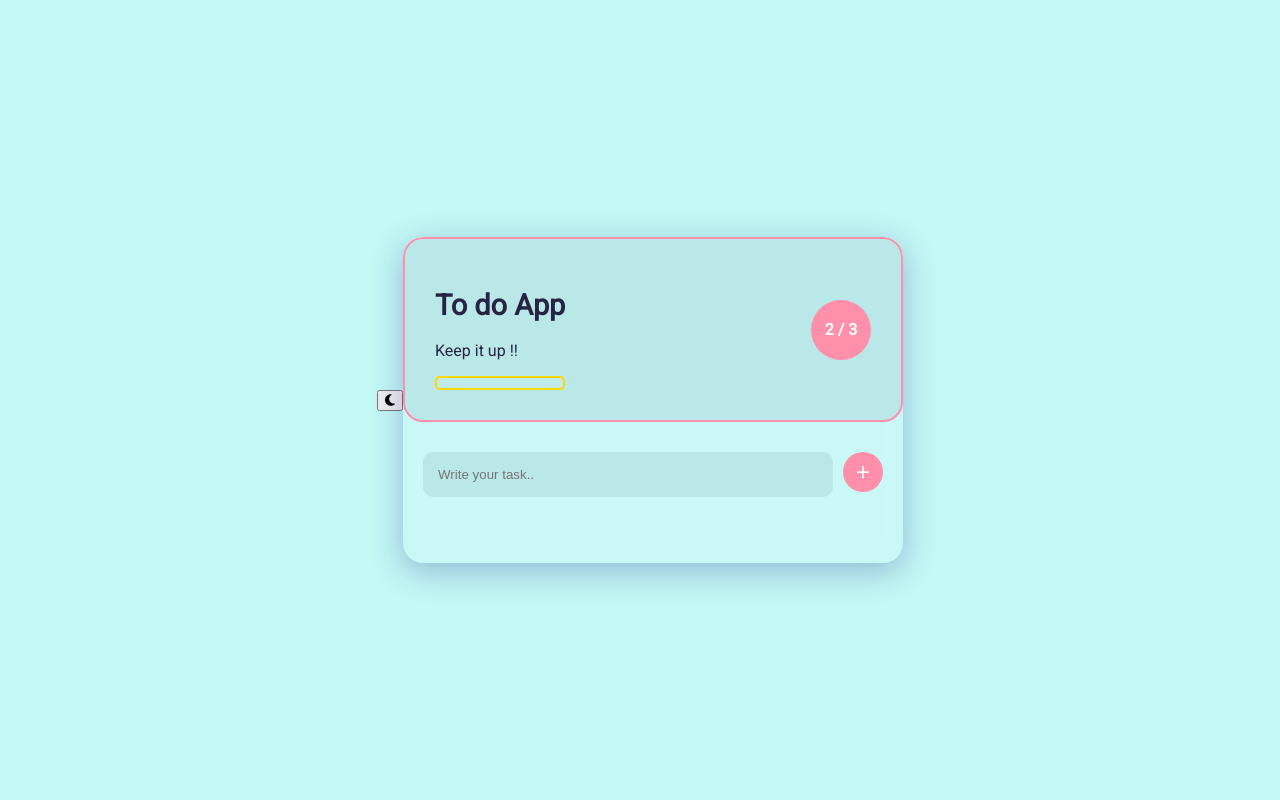
Repository: MounikaSahasra/Productivity-tracker
Page: index.html
These files come from the project's save history. The page is drawn as it stood at one moment and after the next save; the edit follows.
The browser window is 1280 px wide. The pictures show the whole page.

Above is the page before, as saved 2025-06-30 18:40:00.
Console error: SyntaxError: Identifier 'themeIcon' has already been declared

### index.html
<!DOCTYPE html>
<html lang="en">

<head>
  <meta charset="UTF-8" />
  <meta name="viewport" content="width=device-width, initial-scale=1.0" />
  <!-- Font Awesome CDN -->
  <link href="https://cdnjs.cloudflare.com/ajax/libs/font-awesome/6.5.0/css/all.min.css" rel="stylesheet" />
  <link href="https://fonts.googleapis.com/css2?family=Roboto&display=swap" rel="stylesheet" />
  <link rel="stylesheet" href="style.css" />
  <title>To-Do List</title>
</head>

<body>
  <!-- 🌗 Theme Toggle Button -->
  <button id="themeToggle" class="theme-toggle" aria-label="Toggle Theme">
    <i id="themeIcon" class="fa-solid fa-moon"></i>
  </button>

  <div class="container">
    <div class="stats-container">
      <div class="details">
        <h1>To do App</h1>
        <p>Keep it up !!</p>
        <div id="progressBar">
          <div id="progress"></div>
        </div>
      </div>
      <div class="stats-numbers">
        <p id="numbers">2 / 3</p>
      </div>
    </div>

    <form>
      <input type="text" id="taskInput" placeholder="Write your task.." />
      <button id="newTask" type="submit">+</button>
    </form>

    <ul class="task-list" id="task-list"></ul>
  </div>

  <div id="celebration"></div>

  <script>
    const toggleButton = document.getElementById("themeToggle");
    const themeIcon = document.getElementById("themeIcon");
    const body = document.body;

    // Load theme from localStorage
    const savedTheme = localStorage.getItem("theme");
    if (savedTheme === "dark") {
      body.classList.add("dark-mode");
      themeIcon.classList.replace("fa-moon", "fa-sun");
    }

    toggleButton.addEventListener("click", () => {
      body.classList.toggle("dark-mode");

      const isDark = body.classList.contains("dark-mode");
      themeIcon.classList.toggle("fa-moon", !isDark);
      themeIcon.classList.toggle("fa-sun", isDark);

      localStorage.setItem("theme", isDark ? "dark" : "light");
    });
  </script>

  <script src="script.js"></script>
</body>

</html>

### style.css
:root {
  --background: #c3f8f5;
  --secondarybackground: #bae8e8;
  --text: #272343;
  --accent: #ffd803;
  --highlight: #ff8fab;
  --glass: rgba(255, 255, 255, 0.1);
  --blur: 10px;
  --transition: 0.4s ease;
}

body {
  background: var(--background);
  color: var(--text);
  transition: background var(--transition), color var(--transition);
  min-height: 100vh;
  display: flex;
  justify-content: center;
  align-items: center;
  font-family: 'Roboto', sans-serif;
  padding: 2rem;
  position: relative;
}

body.light-mode {
  --background: #1a1a2e;
  --secondarybackground: #16213e;
  --text: #ffffff;
  --accent: #00f5d4;
  --highlight: #9d4edd;
}

.container {
  width: 100%;
  max-width: 500px;
  backdrop-filter: blur(var(--blur));
  background-color: var(--glass);
  border-radius: 20px;
  box-shadow: 0 8px 32px rgba(31, 38, 135, 0.3);
  overflow: hidden;
  transition: background var(--transition);
}

.stats-container {
  background: var(--secondarybackground);
  border: 2px solid var(--highlight);
  padding: 30px;
  border-radius: 20px;
  display: flex;
  justify-content: space-between;
  align-items: center;
  gap: 20px;
}

.details h1 {
  font-size: 1.8rem;
  color: var(--text);
}

#progressBar {
  background: var(--glass);
  height: 10px;
  border-radius: 5px;
  border: 2px solid var(--accent);
  margin-top: 10px;
  overflow: hidden;
}

#progress {
  background: var(--accent);
  height: 100%;
  width: 0%;
  transition: width 0.4s ease-in-out;
}

.stats-numbers {
  background-color: var(--highlight);
  border-radius: 50%;
  width: 60px;
  height: 60px;
  color: #fff;
  display: flex;
  justify-content: center;
  align-items: center;
  font-weight: bold;
}

form {
  display: flex;
  gap: 10px;
  margin: 30px 0;
  padding: 0 20px;
}

form input[type="text"] {
  flex: 1;
  padding: 15px;
  border-radius: 10px;
  border: none;
  background-color: var(--secondarybackground);
  color: var(--text);
}

form button {
  background-color: var(--highlight);
  border: none;
  border-radius: 50%;
  color: white;
  width: 40px;
  height: 40px;
  font-size: 1.5rem;
  cursor: pointer;
  transition: background 0.3s ease;
}

.task-list {
  list-style: none;
  padding: 0 20px 20px;
  display: flex;
  flex-direction: column;
  gap: 15px;
}

.task-item {
  background-color: var(--secondarybackground);
  padding: 15px;
  border-radius: 10px;
  display: flex;
  justify-content: space-between;
  align-items: center;
  animation: fadeIn 0.4s ease;
}

.task.completed p {
  text-decoration: line-through;
  color: var(--accent);
}

.task {
  display: flex;
  align-items: center;
  gap: 10px;
}

.icons img {
  width: 20px;
  height: 20px;
  cursor: pointer;
}

.fade-in {
  animation: fadeIn 0.5s ease;
}

.remove-animation {
  animation: fadeOut 0.3s ease forwards;
}

@keyframes fadeIn {
  from { opacity: 0; transform: translateY(-10px); }
  to { opacity: 1; transform: translateY(0); }
}

@keyframes fadeOut {
  to { opacity: 0; transform: translateY(10px); height: 0; margin: 0; padding: 0; }
}

/* Confetti */
#celebration {
  position: fixed;
  top: 0;
  left: 0;
  width: 100%;
  height: 100%;
  pointer-events: none;
  z-index: 9999;
  overflow: hidden;
}

.confetti {
  position: absolute;
  width: 10px;
  height: 10px;
  background-color: hsl(var(--hue), 80%, 60%);
  border-radius: 50%;
  animation: fall 3s linear forwards;
  opacity: 0.9;
}

@keyframes fall {
  0% {
    transform: translateY(0) rotate(0deg);
    opacity: 1;
  }
  100% {
    transform: translateY(100vh) rotate(360deg);
    opacity: 0;
  }
}
body.light-mode .icons img {
  filter: brightness(0) invert(1); /* white */
}

body:not(.light-mode) .icons img {
  filter: none; /* default black or colored image */
}

### script.js
let tasks = JSON.parse(localStorage.getItem('tasks')) || [];

const taskInput = document.getElementById('taskInput');
const taskList = document.querySelector('.task-list');
const progress = document.getElementById('progress');
const numbers = document.getElementById('numbers');
const themeToggle = document.getElementById('themeToggle');
const themeIcon = themeToggle.querySelector('i');

// Initialize Theme
let isDark = localStorage.getItem('theme') !== 'light';
document.body.classList.toggle('light-mode', !isDark);
themeIcon.className = isDark ? 'fas fa-moon' : 'fas fa-sun';

// Theme Toggle
themeToggle.addEventListener('click', () => {
  isDark = !isDark;
  document.body.classList.toggle('light-mode', !isDark);
  themeIcon.className = isDark ? 'fas fa-moon' : 'fas fa-sun';
  localStorage.setItem('theme', isDark ? 'dark' : 'light');
});

document.getElementById('newTask').addEventListener('click', (e) => {
  e.preventDefault();
  addTask();
});

function addTask() {
  const text = taskInput.value.trim();
  if (text) {
    tasks.push({ text, completed: false });
    taskInput.value = '';
    saveTasks();
    updateTaskList();
  }
}

function deleteTask(index) {
  const li = taskList.children[index];
  li.classList.add('remove-animation');
  setTimeout(() => {
    tasks.splice(index, 1);
    saveTasks();
    updateTaskList();
  }, 300);
}

function toggleTaskComplete(index) {
  tasks[index].completed = !tasks[index].completed;
  saveTasks();
  updateTaskList();
}

function saveTasks() {
  localStorage.setItem('tasks', JSON.stringify(tasks));
}

function updateTaskList() {
  taskList.innerHTML = '';
  let completed = 0;

  tasks.forEach((task, index) => {
    if (task.completed) completed++;

    const li = document.createElement('li');
    li.classList.add('task-item');
    li.innerHTML = `
      <div class="task ${task.completed ? 'completed' : ''}">
        <input type="checkbox" ${task.completed ? 'checked' : ''} />
        <p>${task.text}</p>
      </div>
      <div class="icons">
        <img src="img/edit.png" onclick="editTask(${index})" />
        <img src="img/bin.png" onclick="deleteTask(${index})" />
      </div>
    `;

    // Toggle Completion
    li.querySelector('input').addEventListener('change', () => toggleTaskComplete(index));
    li.classList.add('fade-in');
    taskList.appendChild(li);
  });

  // Update progress bar and stats
  const percent = tasks.length ? (completed / tasks.length) * 100 : 0;
  progress.style.width = `${percent}%`;
  numbers.textContent = `${completed} / ${tasks.length}`;

  // Confetti if all completed
  if (tasks.length && completed === tasks.length) {
    launchConfetti();
  }
}

// Edit Task (Optional)
function editTask(index) {
  const newText = prompt('Edit your task:', tasks[index].text);
  if (newText !== null) {
    tasks[index].text = newText.trim();
    saveTasks();
    updateTaskList();
  }
}

// Confetti Effect
function launchConfetti() {
  const container = document.getElementById('celebration');
  for (let i = 0; i < 150; i++) {
    const confetti = document.createElement('div');
    confetti.className = 'confetti';
    confetti.style.left = `${Math.random() * 100}%`;
    confetti.style.top = `-${Math.random() * 20}px`;
    confetti.style.setProperty('--hue', Math.floor(Math.random() * 360));
    container.appendChild(confetti);
    setTimeout(() => container.removeChild(confetti), 3000);
  }
}

updateTaskList();

After the next save:
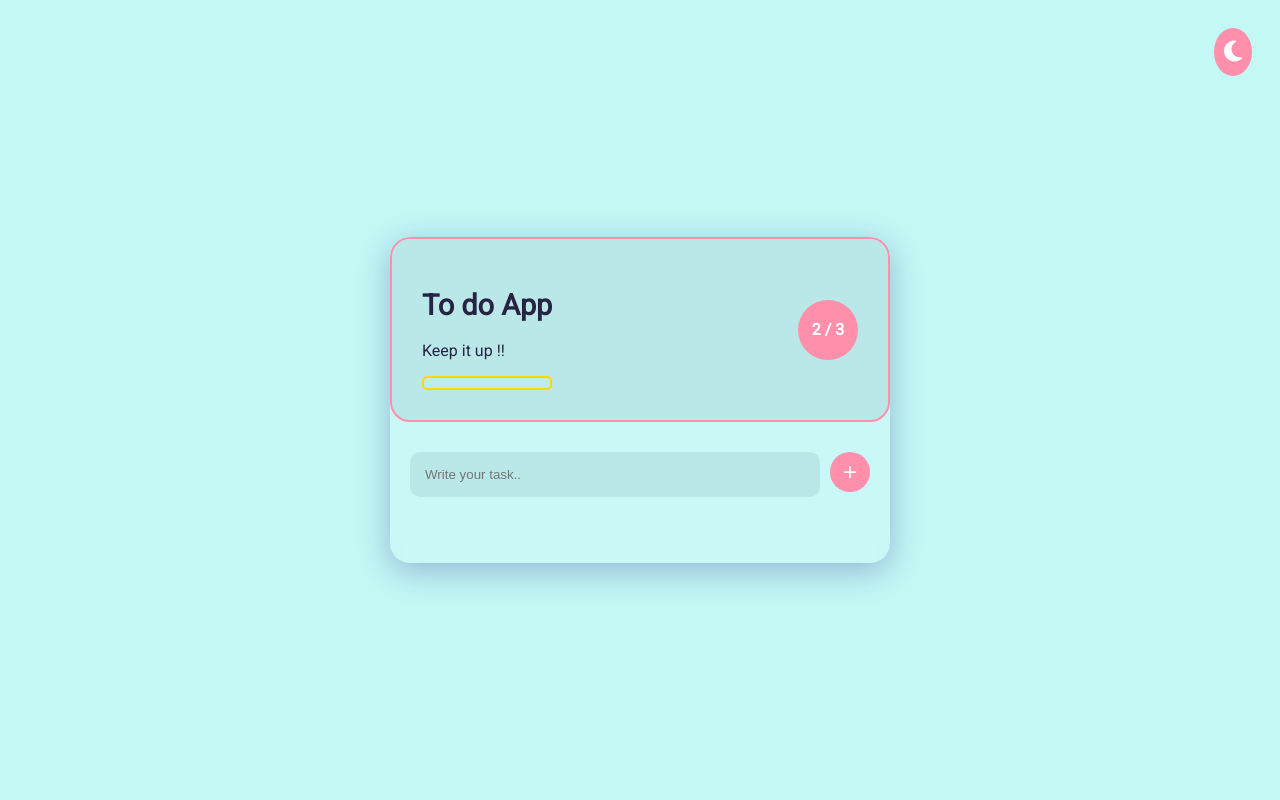
Saved 33 s later.
--- a/style.css
+++ b/style.css
@@ -7,6 +7,17 @@
   --glass: rgba(255, 255, 255, 0.1);
   --blur: 10px;
   --transition: 0.4s ease;
+  --completed: #7c7c7c;
+}
+
+/* ✅ Dark Mode overrides */
+body.dark-mode {
+  --background: #1a1a2e;
+  --secondarybackground: #16213e;
+  --text: #ffffff;
+  --accent: #00f5d4;
+  --highlight: #9d4edd;
+  --completed: #bbbbbb;
 }
 
 body {
@@ -20,14 +31,6 @@ body {
   font-family: 'Roboto', sans-serif;
   padding: 2rem;
   position: relative;
-}
-
-body.light-mode {
-  --background: #1a1a2e;
-  --secondarybackground: #16213e;
-  --text: #ffffff;
-  --accent: #00f5d4;
-  --highlight: #9d4edd;
 }
 
 .container {
@@ -133,7 +136,8 @@ form button {
 
 .task.completed p {
   text-decoration: line-through;
-  color: var(--accent);
+  color: var(--completed);
+  opacity: 0.8;
 }
 
 .task {
@@ -146,6 +150,26 @@ form button {
   width: 20px;
   height: 20px;
   cursor: pointer;
+}
+
+/* Theme toggle button styling */
+.theme-toggle {
+  position: absolute;
+  top: 20px;
+  right: 20px;
+  background: var(--highlight);
+  border: none;
+  border-radius: 50%;
+  font-size: 1.5rem;
+  padding: 10px;
+  cursor: pointer;
+  transition: background 0.3s ease, transform 0.3s ease;
+  z-index: 1000;
+  color: white;
+}
+
+.theme-toggle:hover {
+  transform: scale(1.1);
 }
 
 .fade-in {
@@ -197,10 +221,12 @@ form button {
     opacity: 0;
   }
 }
-body.light-mode .icons img {
+
+/* Icon brightness fix for dark mode */
+body.dark-mode .icons img {
   filter: brightness(0) invert(1); /* white */
 }
 
-body:not(.light-mode) .icons img {
-  filter: none; /* default black or colored image */
-}
+body:not(.dark-mode) .icons img {
+  filter: none;
+}
